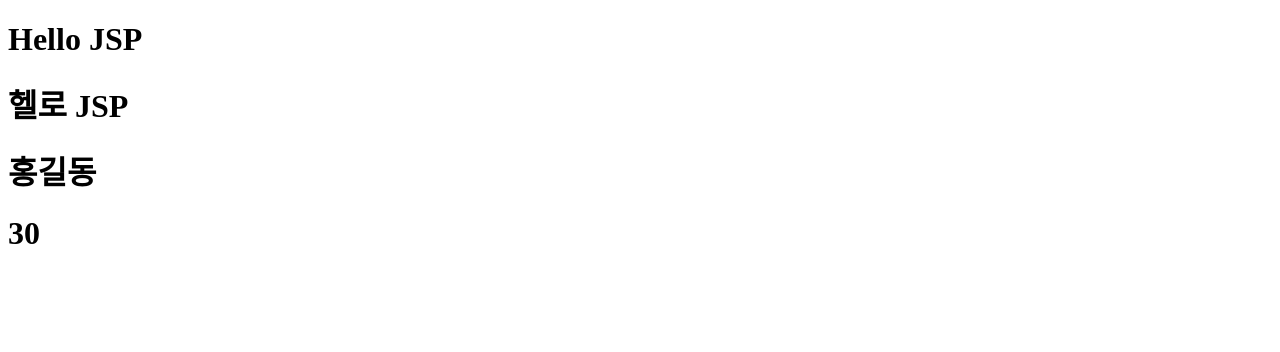
Repository: kimseunghyo/lecture-jsp
Page: http://localhost/jsp02/hello.jsp
These files come from the project's save history. The page is drawn as it stood at one moment and after the next save; the edit follows.
The browser window is 1280 px wide. The pictures show the whole page.
The page is served by Tomcat 9. Other server files are loaded and not shown.

Above is the page before, as saved 2023-03-03 01:51:49.

### jsp02/src/main/webapp/hello.jsp
<%@ page language="java" contentType="text/html; charset=UTF-8"
	pageEncoding="UTF-8"%>
<!DOCTYPE html>
<html>
<head>
<meta charset="UTF-8">
<title>Insert title here</title>
</head>
<body>
	<%
	String name = "홍길동";
	int age = 30;
	%>
	<h1>Hello JSP</h1>
	<h1>헬로 JSP</h1>
	<h1><% out.println(name); %></h1>
	<h1><% out.println(age); %></h1>
</body>
</html>

After the next save:
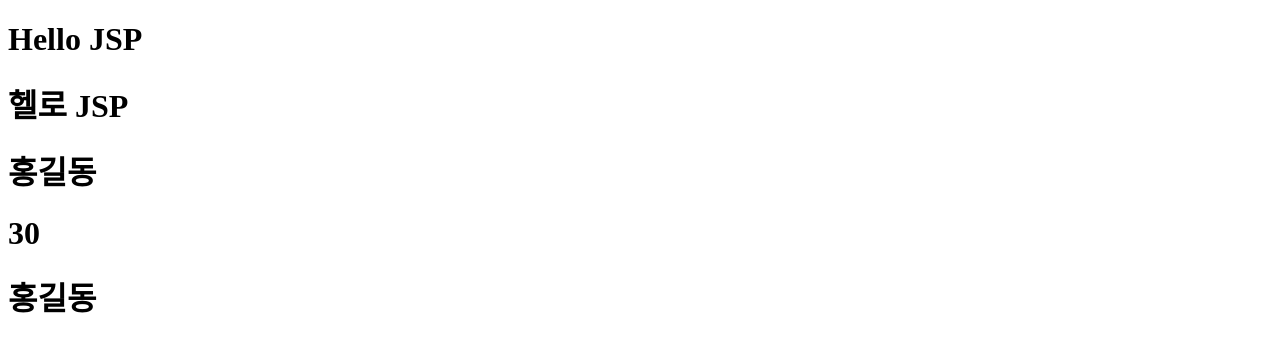
Saved 25 s later.
--- a/jsp02/src/main/webapp/hello.jsp
+++ b/jsp02/src/main/webapp/hello.jsp
@@ -15,5 +15,6 @@
 	<h1>헬로 JSP</h1>
 	<h1><% out.println(name); %></h1>
 	<h1><% out.println(age); %></h1>
+	<h1><%= name %></h1>
 </body>
 </html>
